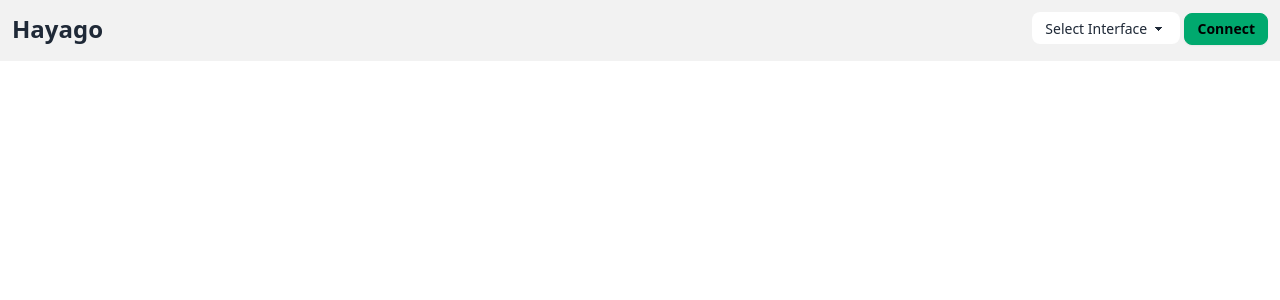
Repository: khulqu15/rov.commander
Page: http://localhost/planner/
These files come from the project's save history. The page is drawn as it stood at one moment and after the next save; the edit follows.
The browser window is 1280 px wide. The pictures show the whole page.
Some web libraries are served in a nearby version. The page is served by the project's application, run on Django 5.2 (manage.py).

Above is the page before, as saved 2025-02-06 21:03:27.

After the next save:
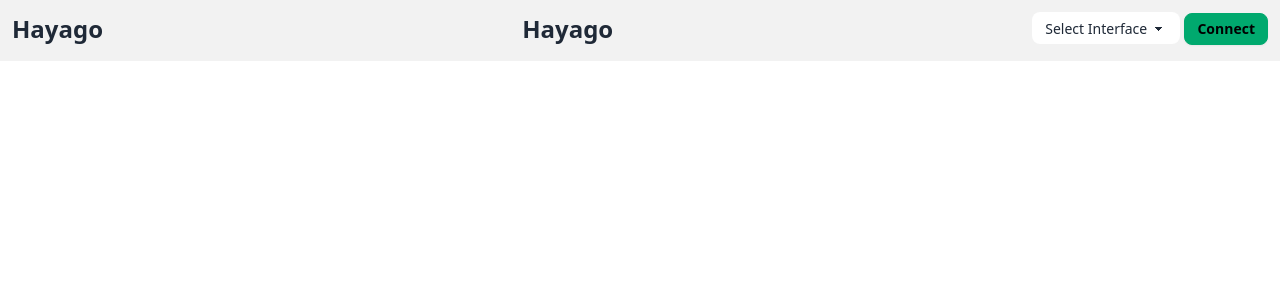
Saved 26 s later.
--- a/templates/index.html
+++ b/templates/index.html
@@ -12,6 +12,10 @@
         <div>
             <h1 class="text-2xl font-bold">Hayago</h1>
         </div>
+        <div>
+            <h1 class="text-2xl font-bold">Hayago</h1>
+        </div>
+
         <form method="GET">
             <select name="interface" class="select select-border select-sm" id="interface">
                 <option value="">Select Interface</option>
